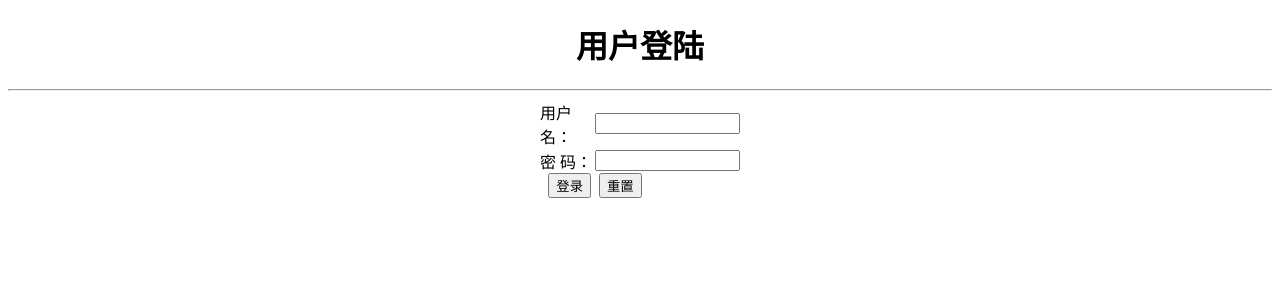
Repository: huangqifei/Test
Page: http://localhost/travel/login.jsp
These files come from the project's save history. The page is drawn as it stood at one moment and after the next save; the edit follows.
The browser window is 1280 px wide. The pictures show the whole page.
The page is served by Tomcat 9.

Above is the page before, as saved 2015-03-12 10:22:04.

After the next save:
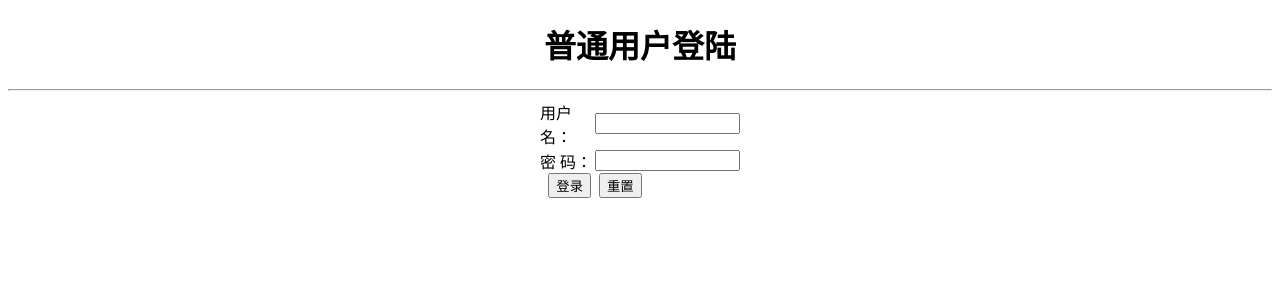
Saved 34 s later.
--- a/旅行社管理系统/lvyouguanli/travel/WebRoot/login.jsp
+++ b/旅行社管理系统/lvyouguanli/travel/WebRoot/login.jsp
@@ -7,7 +7,7 @@
 <title>Insert title here</title>
 </head>
 <body>
-	<h1 align="center">用户登陆</h1>
+	<h1 align="center">普通用户登陆</h1>
 	<hr/>
 	<form action="login.do" method="post" name="form1">
 		<table align="center" border="0" cellpadding="0" cellspacing="0" width="200" height="100">
